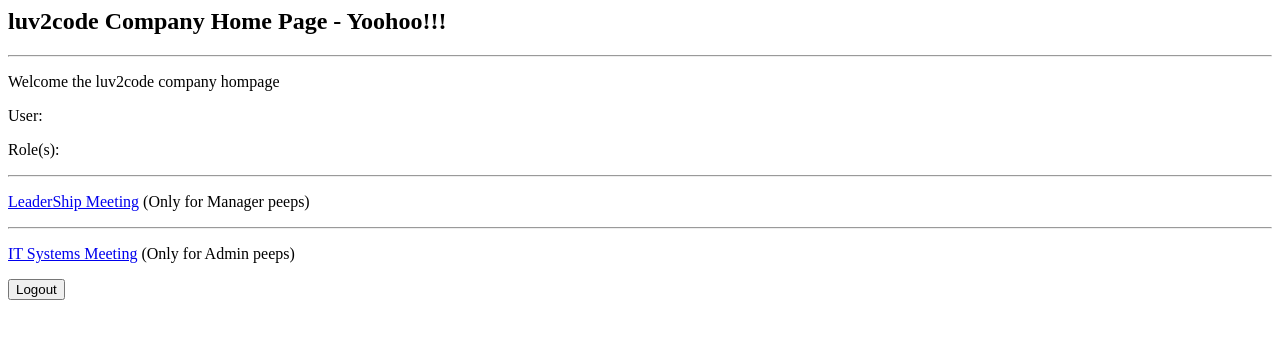
Repository: ldh9282/spring-security
Page: http://localhost/spring-security-demo-07-user-roles/WEB-INF/view/home.jsp
These files come from the project's save history. The page is drawn as it stood at one moment and after the next save; the edit follows.
The browser window is 1280 px wide. The pictures show the whole page.
The page is served by Tomcat 9. Nobody is signed in. The template is opened directly, without the code that normally fills it, so the values that code supplies are empty.

Above is the page before, as saved 2022-12-16 14:36:19.

After the next save:
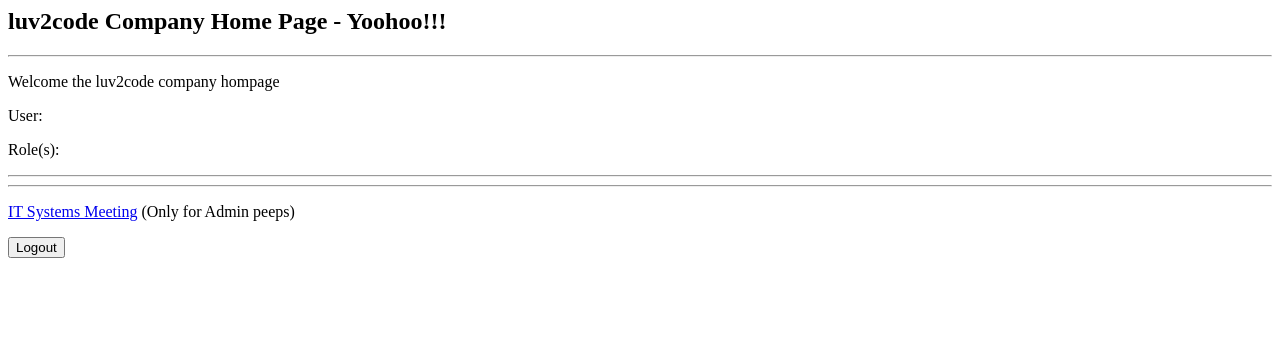
Saved 22 min 2 s later.
--- a/spring-security-demo-07-user-roles/src/main/webapp/WEB-INF/view/home.jsp
+++ b/spring-security-demo-07-user-roles/src/main/webapp/WEB-INF/view/home.jsp
@@ -28,12 +28,17 @@
 
 	<hr>
 
-	<!-- Add a link to point to /leaders ... this is for the managers -->
+	<security:authorize access="hasRole('MANAGER')">
 
-	<p>
-		<a href="${pageContext.request.contextPath }/leaders">LeaderShip Meeting</a>
-		(Only for Manager peeps)
-	</p>
+		<!-- Add a link to point to /leaders ... this is for the managers -->
+
+		<p>
+			<a href="${pageContext.request.contextPath }/leaders">LeaderShip Meeting</a>
+			(Only for Manager peeps)
+		</p>
+
+	</security:authorize>
+
 
 	<hr>
 
